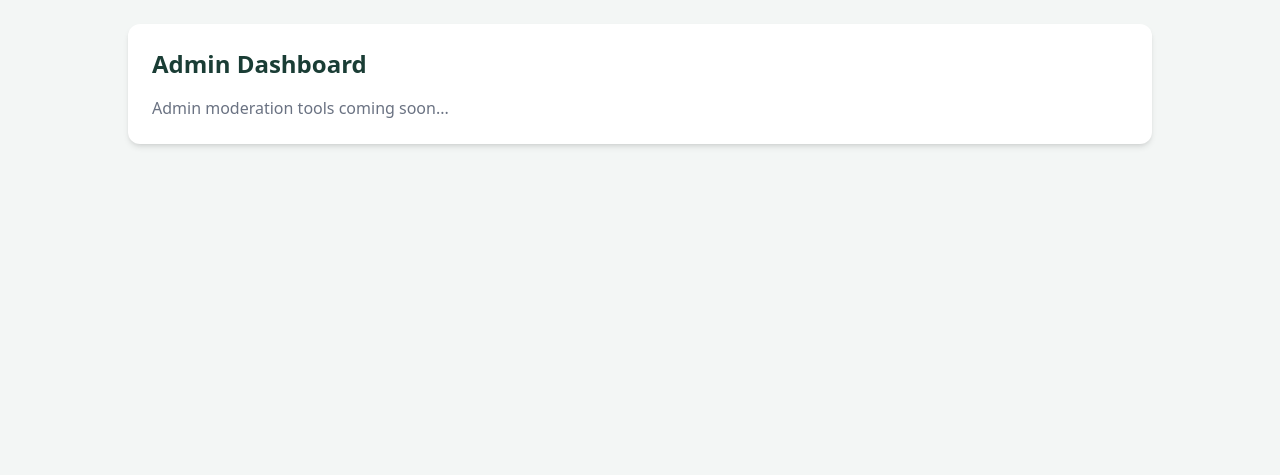
Repository: Swastikkkkk/vv
Page: /admin (app in OneDrive/Desktop/Yuzichahal/frontend/)
The author's editor kept a copy of each file at every save. The page is drawn from the files as they stood at one save, then again after the next save.
The browser window is 1280 px wide. The pictures show the whole page.
The page's requests for data from a server got no answer. The project was rebuilt for these pictures with package versions that can differ from the ones it lists, and the page was loaded fresh each time. No one was signed in, and anything a server would have sent is missing. Also part of the build but not shown: OneDrive/Desktop/Yuzichahal/frontend/vite.config.js, OneDrive/Desktop/Yuzichahal/frontend/src/components/Navbar.jsx, OneDrive/Desktop/Yuzichahal/frontend/src/components/Herosection.jsx, OneDrive/Desktop/Yuzichahal/frontend/src/components/CategoriesSection.jsx, OneDrive/Desktop/Yuzichahal/frontend/src/components/Footer.jsx, OneDrive/Desktop/Yuzichahal/frontend/src/components/LandingPage.jsx, OneDrive/Desktop/Yuzichahal/frontend/src/components/Particles.css, OneDrive/Desktop/Yuzichahal/frontend/src/components/Signup.jsx and 12 more.

Above is the page before, as saved 2025-07-12 14:59:02.

After the next save:
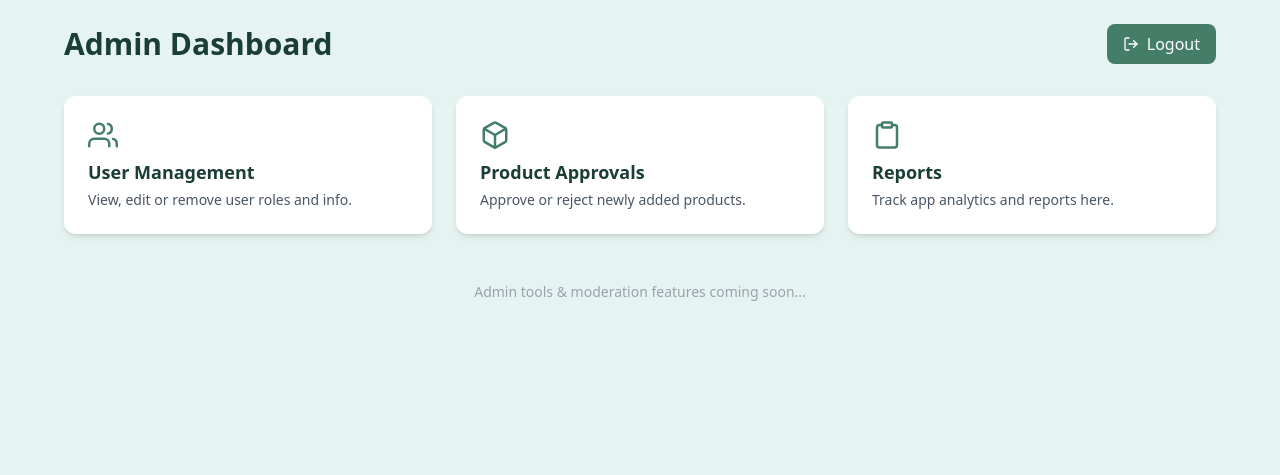
Saved 14 min 29 s later.
--- a/OneDrive/Desktop/Yuzichahal/frontend/src/components/admin/AdminDashboard.jsx
+++ b/OneDrive/Desktop/Yuzichahal/frontend/src/components/admin/AdminDashboard.jsx
@@ -1,12 +1,53 @@
 import React from 'react';
+import { useNavigate } from 'react-router-dom';
+import { FiUsers, FiBox, FiClipboard, FiLogOut } from 'react-icons/fi';
+import { auth } from '../FirebaseConfig';
 
 const AdminDashboard = () => {
+  const navigate = useNavigate();
+
+  const handleLogout = async () => {
+    await auth.signOut();
+    navigate('/login');
+  };
+
   return (
-    <div className="min-h-screen p-6 bg-[#f3f6f5]">
-      <div className="max-w-5xl mx-auto bg-white p-6 rounded-xl shadow-md">
-        <h2 className="text-2xl font-bold text-[#1a3d35] mb-4">Admin Dashboard</h2>
-        {/* List of pending items for approval */}
-        <p className="text-gray-500">Admin moderation tools coming soon...</p>
+    <div className="min-h-screen bg-[#e6f4f1] p-6">
+      <div className="max-w-6xl mx-auto">
+        <div className="flex justify-between items-center mb-8">
+          <h1 className="text-3xl font-bold text-[#1a3d35]">Admin Dashboard</h1>
+          <button
+            onClick={handleLogout}
+            className="flex items-center gap-2 px-4 py-2 bg-[#447d68] text-white rounded-lg hover:bg-[#355e50] transition"
+          >
+            <FiLogOut />
+            Logout
+          </button>
+        </div>
+
+        <div className="grid grid-cols-1 sm:grid-cols-2 lg:grid-cols-3 gap-6">
+          <div className="bg-white rounded-xl shadow-md p-6 hover:shadow-lg transition-all">
+            <FiUsers className="text-3xl text-[#447d68] mb-2" />
+            <h2 className="text-lg font-semibold text-[#1a3d35] mb-1">User Management</h2>
+            <p className="text-gray-600 text-sm">View, edit or remove user roles and info.</p>
+          </div>
+
+          <div className="bg-white rounded-xl shadow-md p-6 hover:shadow-lg transition-all">
+            <FiBox className="text-3xl text-[#447d68] mb-2" />
+            <h2 className="text-lg font-semibold text-[#1a3d35] mb-1">Product Approvals</h2>
+            <p className="text-gray-600 text-sm">Approve or reject newly added products.</p>
+          </div>
+
+          <div className="bg-white rounded-xl shadow-md p-6 hover:shadow-lg transition-all">
+            <FiClipboard className="text-3xl text-[#447d68] mb-2" />
+            <h2 className="text-lg font-semibold text-[#1a3d35] mb-1">Reports</h2>
+            <p className="text-gray-600 text-sm">Track app analytics and reports here.</p>
+          </div>
+        </div>
+
+        <div className="mt-12 text-center text-gray-400 text-sm">
+          Admin tools & moderation features coming soon...
+        </div>
       </div>
     </div>
   );

After the 3 saves that followed:
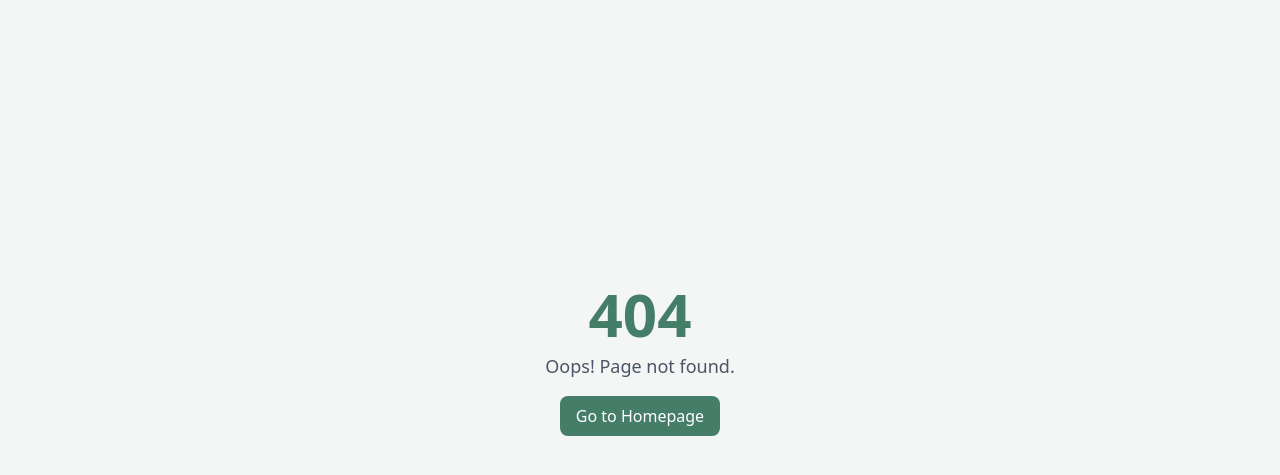
The 3 saves are shown as one change because 2 left the picture as it was.
The last was saved 69 s later.
--- a/OneDrive/Desktop/Yuzichahal/frontend/src/App.jsx
+++ b/OneDrive/Desktop/Yuzichahal/frontend/src/App.jsx
@@ -91,7 +91,7 @@ const App = () => {
           <Route path="/user/my-products" element={<MyProducts />} />
 
           {/* 🛠 Admin Routes */}
-          <Route path="/admin" element={<AdminDashboard />} />
+          <Route path="/admin-dashboard" element={<AdminDashboard />} />
 
           {/* 🔁 Shared Routes */}
           <Route path="/product/:productId" element={<ProductDetail />} />
